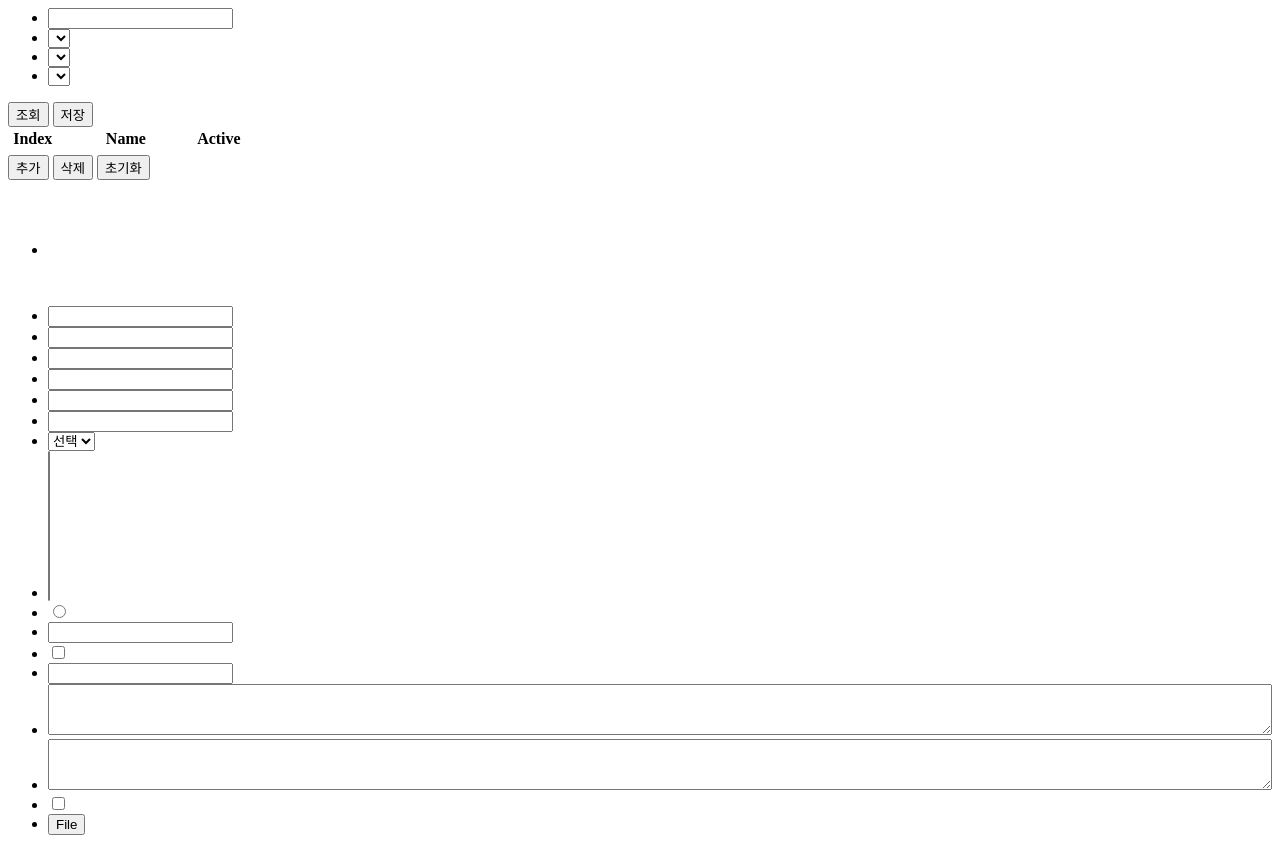
Repository: bbalganjjm/natural_js_boot
Page: src/main/resources/static/html/com/app/sample/type0401.html
An editor plug-in stored every save of this project. The page is shown before and after the next save, followed by the edit.
The browser window is 1280 px wide. The pictures show the whole page.

Above is the page before, as saved 2021-03-18 17:14:29.
Console error: ReferenceError: N is not defined

### src/main/resources/static/html/com/app/sample/type0401.html
<article class="type0401">
    <div id="search" class="form__">
        <div class="criteria-panel">
            <ul>
                <li><input id="name" type="text" class="mdc-text-field" data-type="filled" data-label="Name"></li>
                <li><select id="age" class="mdc-njs-select" data-label="Age"><option value=""></option></select></li>
                <li><select id="gender" class="mdc-njs-select" data-label="Gender"><option value=""></option></select></li>
                <li><select id="eyeColor" class="mdc-njs-select" data-label="Eye Color"><option value=""></option></select></li>
            </ul>
        </div>
    </div>

    <div class="flex-horizental">
        <div style="max-width: 33%;">
            <div class="btn-panel">
                <button id="btnSearch" class="btn-search mdc-button mdc-button--raised" data-icon="youtube_searched_for">조회</button>
                <button id="btnSave" class="mdc-button" data-icon="save_alt">저장</button>
            </div>
            <table id="master" class="grid__">
                <colgroup>
                    <col style="width: 20%;">
                    <col style="width: 60%;">
                    <col style="width: 20%;">
                </colgroup>
                <thead>
                    <tr>
                        <th>Index</th>
                        <th>Name</th>
                        <th>Active</th>
                    </tr>
                </thead>
                <tbody>
                    <tr>
                        <td id="index" style="text-align: center;"></td>
                        <td id="name"></td>
                        <td id="isActive" style="text-align: center;"></td>
                    </tr>
                </tbody>
            </table>
        </div>

        <div>
            <div class="btn-panel">
                <button id="btnAdd" class="mdc-button" data-icon="playlist_add">추가</button>
                <button id="btnDelete" class="mdc-button" data-icon="delete_sweep">삭제</button>
                <button id="btnRevert" class="mdc-button" data-icon="restart_alt">초기화</button>
            </div>
            <ul id="detail" class="form__">
                <li>
                    <span rowspan="7" style="text-align: center; vertical-align: middle;">
                        <img id="picture" height="110">
                    </span>
                </li>
                <li>
                    <span><input id="name" type="text" data-validate='[["required"]]' class="mdc-text-field" data-type="filled" data-label="Name"></span>
                </li>
                <li>
                    <span>
                        <input id="deptNm" type="text" data-validate='[["required"]]' readonly="readonly" class="mdc-text-field" data-type="filled" data-label="Department Name" data-trailingicon="search">
                    </span>
                </li>
                <li>
                    <span><input id="email" type="text" data-validate='[["required"], ["email"]]' class="mdc-text-field" data-type="filled" data-label="Email"></span>
                </li>
                <li>
                    <span><input id="key" type="text" data-format='[["generic", "@@＊＊＊＊＊＊"]]' data-validate='[["required"]]' class="mdc-text-field" data-type="filled" data-label="Key"></span>
                </li>
                <li>
                    <span><input id="balance" type="text" data-format='[["numeric", "$#,###.##0"]]' data-validate='[["required"], ["number"]]' class="mdc-text-field" data-type="filled" data-label="Balance"></span>
                </li>
                <li>
                    <span><input id="phone" type="text" data-validate='[["required"]]' class="mdc-text-field" data-type="filled" data-label="Phone"></span>
                </li>
                <li>
                    <span><select id="eyeColor" data-validate='[["required"]]' class="mdc-njs-select" data-label="Eye Color"><option>선택</option></select></span>
                </li>
                <li>
                    <span rowspan="4">
                        <select id="company" multiple="multiple" data-validate='[["required"]]' style="height: 150px;"></select>
                    </span>
                </li>
                <li>
                    <span><input id="gender" type="radio"></span>
                </li>
                <li>
                    <span><input id="age" type="text" data-validate='[["required"], ["integer"]]' class="mdc-text-field" data-type="filled" data-label="Age"></span>
                </li>
                <li>
                    <span><input id="favoriteFruit" type="checkbox" data-validate='[["required"]]'></span>
                </li>
                <li>
                    <span><input id="registered" type="text" data-format='[["date", 8, "date"]]' data-validate='[["required"]]' class="mdc-text-field" data-type="filled" data-label="Registered"></span>
                </li>
                <li>
                    <span colspan="3"><textarea id="about" style="width: 100%;" rows="3" data-validate='[["required"]]' class="mdc-text-field" title="About"></textarea></span>
                </li>
                <li>
                    <span colspan="3"><textarea id="greeting" style="width: 100%;" rows="3" data-validate='[["required"]]' class="mdc-text-field" title="Greeting"></textarea></span>
                </li>
                <li>
                    <span colspan="3"><input id="isActive" type="checkbox"></span>
                </li>
                <li>
                    <span colspan="3"><button id="btnFile" class="mdc-button mdc-button--outlined" data-icon="file_present">File</button></span>
                </li>
            </ul>
        </div>
    </div>
</article>

<script type="text/javascript">
(function() {

    var cont = N(".type0401").cont({
        "p.select.gender" : [ "gender" ],
        "p.select.eyeColor" : [ "eyeColor" ],
        "p.select.company" : [ "company" ],
        "p.select.favoriteFruit" : [ "favoriteFruit" ],
        "p.select.age" : [ "c.getCommonCodeList", "age", "age", function(data) {
            return N(N.array.deduplicate(data, "age")).datasort("age");
        }],
        "p.form.search" : {
            "usage" : {
                "search-box" : {
                    "defaultButton" : ".btnSearch",
                    "events" : [{
                        "event" : "focusin",
                        "target" : "#name",
                        "handler" : function(e) {
                            N.log(e);
                        }
                    }]
                }
            }
        },
        "p.form.detail" : {
            revert : true,
            autoUnbind : true
        },
        "p.grid.master" : {
            height : 442,
            select : true,
            selectScroll : false,
            onSelect : function(index, rowEle, data, beforeRow, e) {
                // TODO 전처리

                APP.comm.utils.selectNBind.call(this, {
                    cont : cont,
                    form : "p.form.detail"
                });

                // 파일 요약 목록 생성
                if(data.length > 0) {
                    APP.comm.utils.getFileSummaryList(cont["p.form.detail"].val("fileId"), "fileName", 60, cont["e.btnFile.click"]);
                }

                // TODO 후처리
            },
            onBind : function(context, data, isFirstPage, isLastPage) {
                if(isFirstPage) {
                    this.select(0);
                }
            }
        },
        "p.popup.dept" : {
            url : "html/com/app/sample/type04P0.html",
            onOpen : "onOpen",
            onClose : function(onCloseData) {
                if (onCloseData) {
                    cont["p.form.detail"]
                    .val("deptNm", onCloseData.deptNm)
                    .val("deptCd", onCloseData.deptCd);
                }
            }
        },
        /**
         * 공통 파일 팝업.
         */
        "p.popup.file" : {
            onClose : function(onCloseData) {
                if(onCloseData) {
                    cont["p.form.detail"].val("fileId", onCloseData.fileId);

                	// 파일 요약 목록 생성
                    APP.comm.utils.createFileSummaryList(onCloseData.downloadList, "fileName", 60, cont["e.btnFile.click"]);
                }
            }
        },
        "c.getCommonCodeList" : function() {
            return N.comm("sample/getSampleList.json");
        },
        "c.getSampleList" : function() {
            return cont["p.form.search"].data(false).comm("sample/getSampleList.json");
        },
        "c.saveSample" : function() {
            return N(cont["p.grid.master"].data("modified")).comm({
                dataIsArray : true,dataIsArray : true, // Array 타입의 여러 행데이터가 1 개 일때는 자동으로 Object로 변환됩니다. 자동으로 변환되지 않게 하려면 dataIsArray 옵션을 true로 지정해 주세요.
                url : "sample/saveSample.json"
            });
        },
        "e.btnSearch.click" : function(e) {
            e.preventDefault();

            if (cont["p.form.search"].validate()) {
                cont["c.getSampleList"]().submit(function(data) {
                    // N.grid bind
                    cont["p.grid.master"].bind(data);
                });
            }
        },
        "e.deptNm.click" : function(e) {
            e.preventDefault();
            cont["p.popup.dept"].open(cont["p.form.detail"].data(true)[0]);
        },
        "e.btnSave.click" : function(e) {
            e.preventDefault();

            return APP.comm.utils.save.call(this, {
                cont : cont,
                comm : "c.saveSample",
                changed : "p.grid.master",
                validate : "p.form.detail",
                before : function() {
                    // TODO
                },
                after : function(data) {
                    cont["e.btnSearch.click"].click();
                }
            });
        },
        "e.btnAdd.click" : function(e) {
            e.preventDefault();

            if (cont["p.form.detail"].validate()) {
                cont["p.form.detail"].add();
            }
        },
        "e.btnDelete.click" : function(e) {
            e.preventDefault();

            cont["p.form.detail"].remove();
        },
        "e.btnRevert.click" : function(e) {
            e.preventDefault();

            if (cont["p.grid.master"].data("modified").length === 0) {
                N(window).alert(N.message.get(APP.comm.messages, "COMM-0001")).show();
                return false;
            }

            cont["p.form.detail"].revert();
        },
        "e.btnFile.click" : function(e) {
            e.preventDefault();

            cont["p.popup.file"].open(cont["p.form.detail"].val("fileId"));
        },
        init : function(view, request) {
			// cont.opener는 탭이 포함된 부모페이지의 Controller Object.
            if(cont.opener) {
                cont["p.form.search"].context().hide().prev("h3").hide().prev(".view-intro").hide();
				// 부모 페이지 컨트롤러의 검색 버튼 클릭
                cont.opener["e.btnSearch.click"].click();
            } else {
                cont["e.btnSearch.click"].click();
            }
        }
    });

})();
</script>

After the next save:
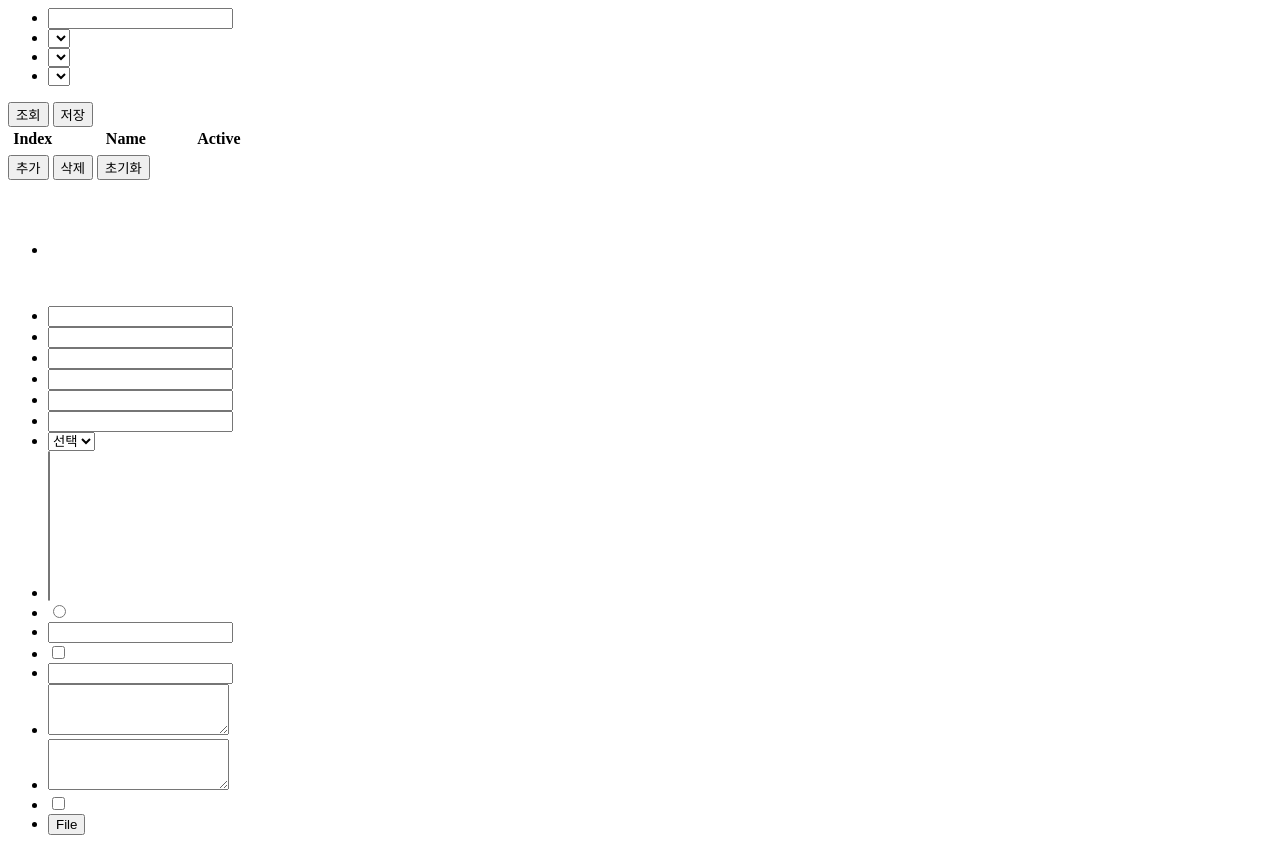
Saved 23 s later.
--- a/src/main/resources/static/html/com/app/sample/type0401.html
+++ b/src/main/resources/static/html/com/app/sample/type0401.html
@@ -92,10 +92,10 @@
                     <span><input id="registered" type="text" data-format='[["date", 8, "date"]]' data-validate='[["required"]]' class="mdc-text-field" data-type="filled" data-label="Registered"></span>
                 </li>
                 <li>
-                    <span colspan="3"><textarea id="about" style="width: 100%;" rows="3" data-validate='[["required"]]' class="mdc-text-field" title="About"></textarea></span>
-                </li>
-                <li>
-                    <span colspan="3"><textarea id="greeting" style="width: 100%;" rows="3" data-validate='[["required"]]' class="mdc-text-field" title="Greeting"></textarea></span>
+                    <span colspan="3"><textarea id="about" rows="3" data-validate='[["required"]]' class="mdc-text-field" title="About"></textarea></span>
+                </li>
+                <li>
+                    <span colspan="3"><textarea id="greeting" rows="3" data-validate='[["required"]]' class="mdc-text-field" title="Greeting"></textarea></span>
                 </li>
                 <li>
                     <span colspan="3"><input id="isActive" type="checkbox"></span>
